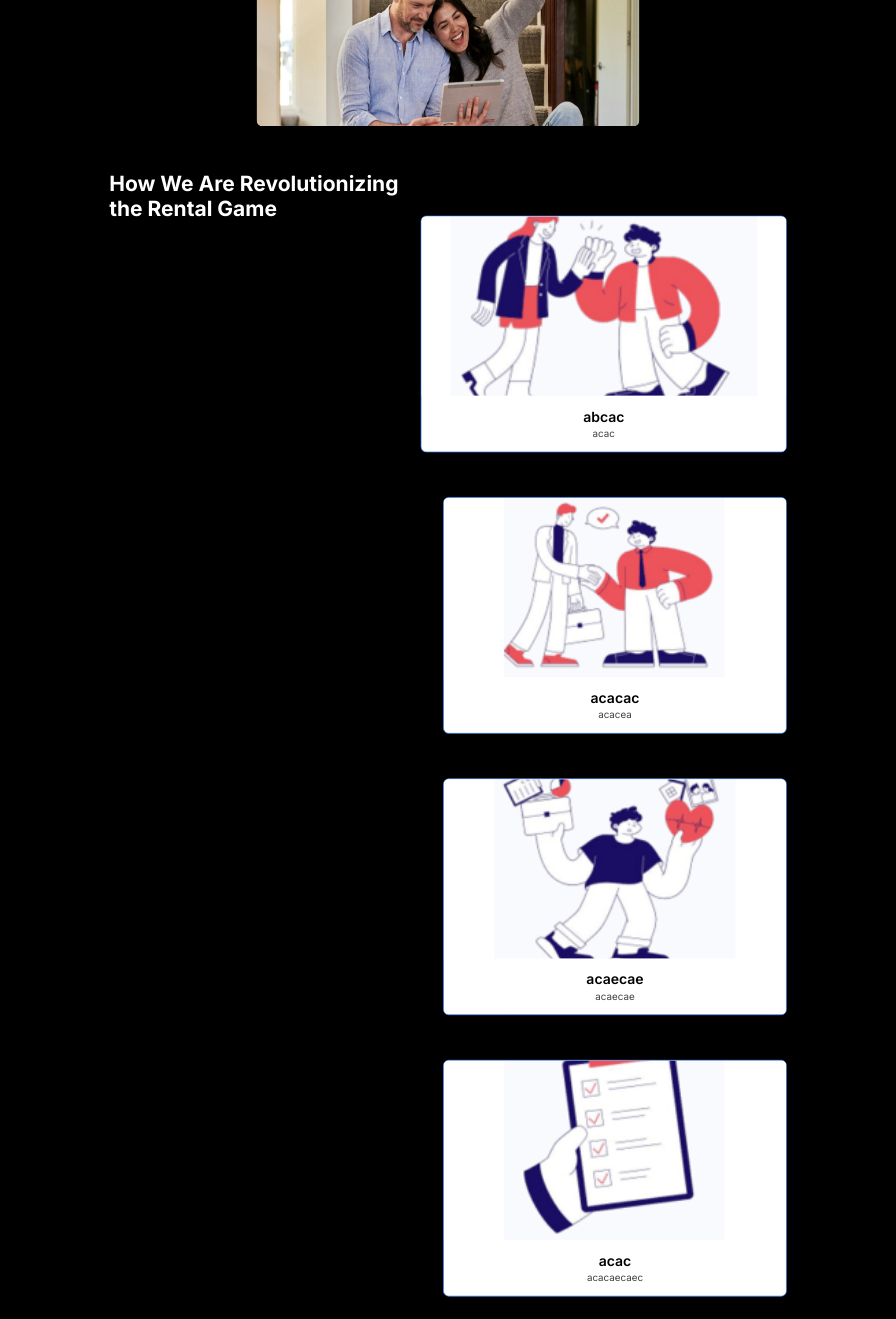
Repository: aditya-jha-kumar/BleisureHosting-V1
Page: /home
The author's editor kept a copy of each file at every save. The page is drawn from the files as they stood at one save, then again after a run of saves.
The browser window is 1280 px wide. The pictures show the part of the page from y = 2043 to 3963 px (the page is 3927 px tall before and 3999 px after), at 70% of full size.
The project was rebuilt for these pictures with package versions that can differ from the ones it lists, and the page was loaded fresh each time. The framework's server and built-in components were replaced by stand-ins that run in the browser. Also part of the build but not shown: next.config.mjs.

Above is the page before, as saved 2024-06-12 15:47:39.

After the next 3 saves:
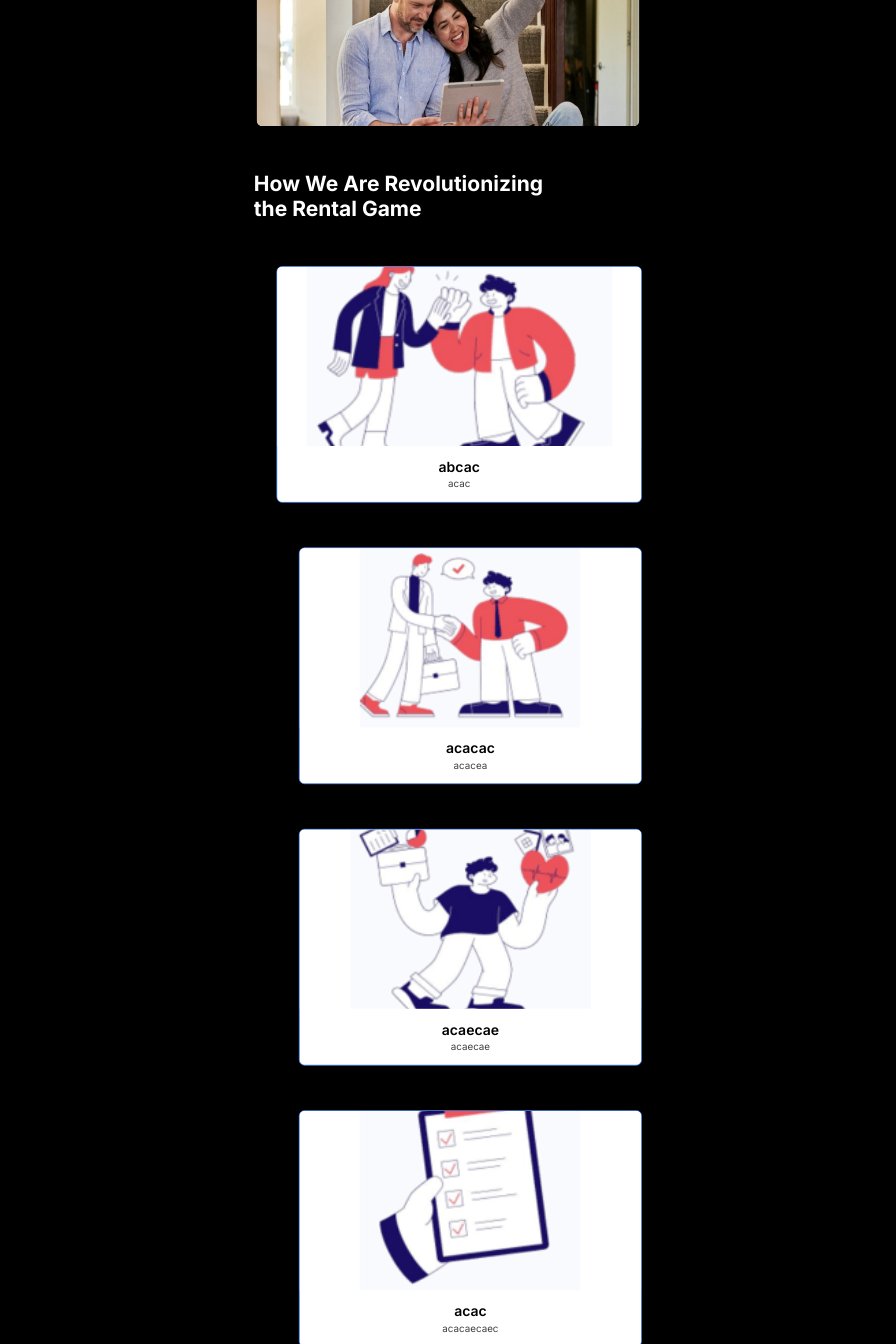
The 3 saves are shown as one change because they came seconds apart.
The last was saved 12 s later.
--- a/src/app/home/page.tsx
+++ b/src/app/home/page.tsx
@@ -98,7 +98,7 @@ export default function Home() {
         />
       </div>
       {/* Revolutionizing */}
-      <div className="flex justify-center mt-8 space-x-4 md:space-x-8 overflow-x-auto">
+      <div className="flex-nowwarp justify-center mt-8 space-x-4 md:space-x-8 overflow-x-auto">
         <h1 className="text-3xl font-bold">
           How We Are Revolutionizing <br /> the Rental Game
         </h1>
